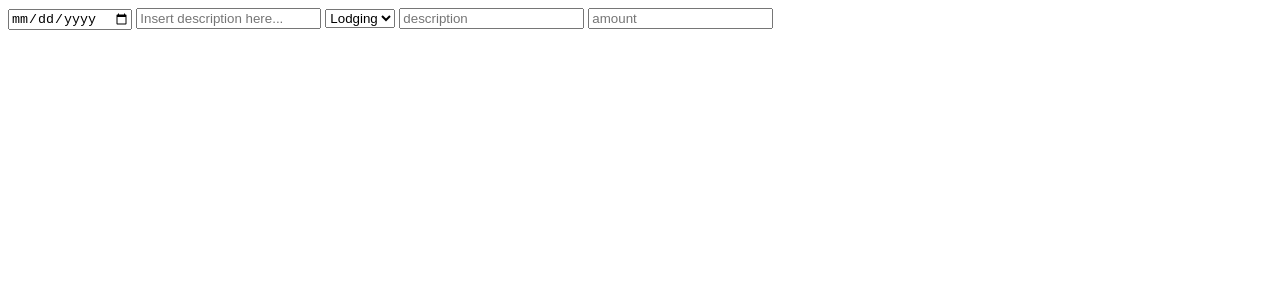
Repository: mileslacue/Project1
Page: Minimal Viable Product/Project1/ERS/src/main/webapp/partials/createReimbursement.html
The author's editor kept a copy of each file at every save. The page is drawn from the files as they stood at one save, then again after the next save.
The browser window is 1280 px wide. The pictures show the whole page.

Above is the page before, as saved 2018-11-06 23:58:30.

### Minimal Viable Product/Project1/ERS/src/main/webapp/partials/createReimbursement.html
<input type="date" id="date" placeholder="">
<input type="text" id="description" placeholder="Insert description here...">

<select name="type" id="type">
<option value="Lodging">Lodging</option>
<option value="Travel">Travel</option>
<option value="Food">Food</option>
<option value="Other">Other</option>
</select>

<input type="text-area" placeholder="description">
<input type="number" placeholder="amount">

After the next save:
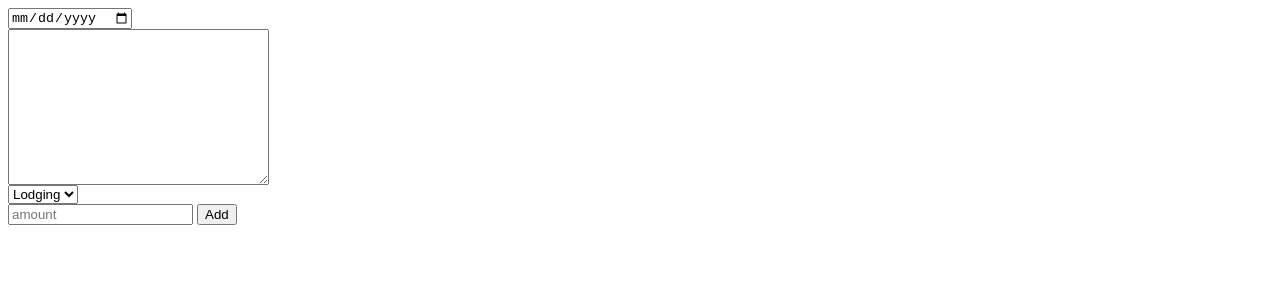
Saved 4 min 13 s later.
--- a/Minimal Viable Product/Project1/ERS/src/main/webapp/partials/createReimbursement.html
+++ b/Minimal Viable Product/Project1/ERS/src/main/webapp/partials/createReimbursement.html
@@ -1,12 +1,13 @@
 <input type="date" id="date" placeholder="">
-<input type="text" id="description" placeholder="Insert description here...">
-
+<br>
+<textarea name="description" id="description" cols="30" rows="10"></textarea>
+<br>
 <select name="type" id="type">
 <option value="Lodging">Lodging</option>
 <option value="Travel">Travel</option>
 <option value="Food">Food</option>
 <option value="Other">Other</option>
 </select>
-
-<input type="text-area" placeholder="description">
-<input type="number" placeholder="amount">
+<br>
+<input type="number" placeholder="amount" id="amount">
+<button type="submit" id="add"> Add</button>
